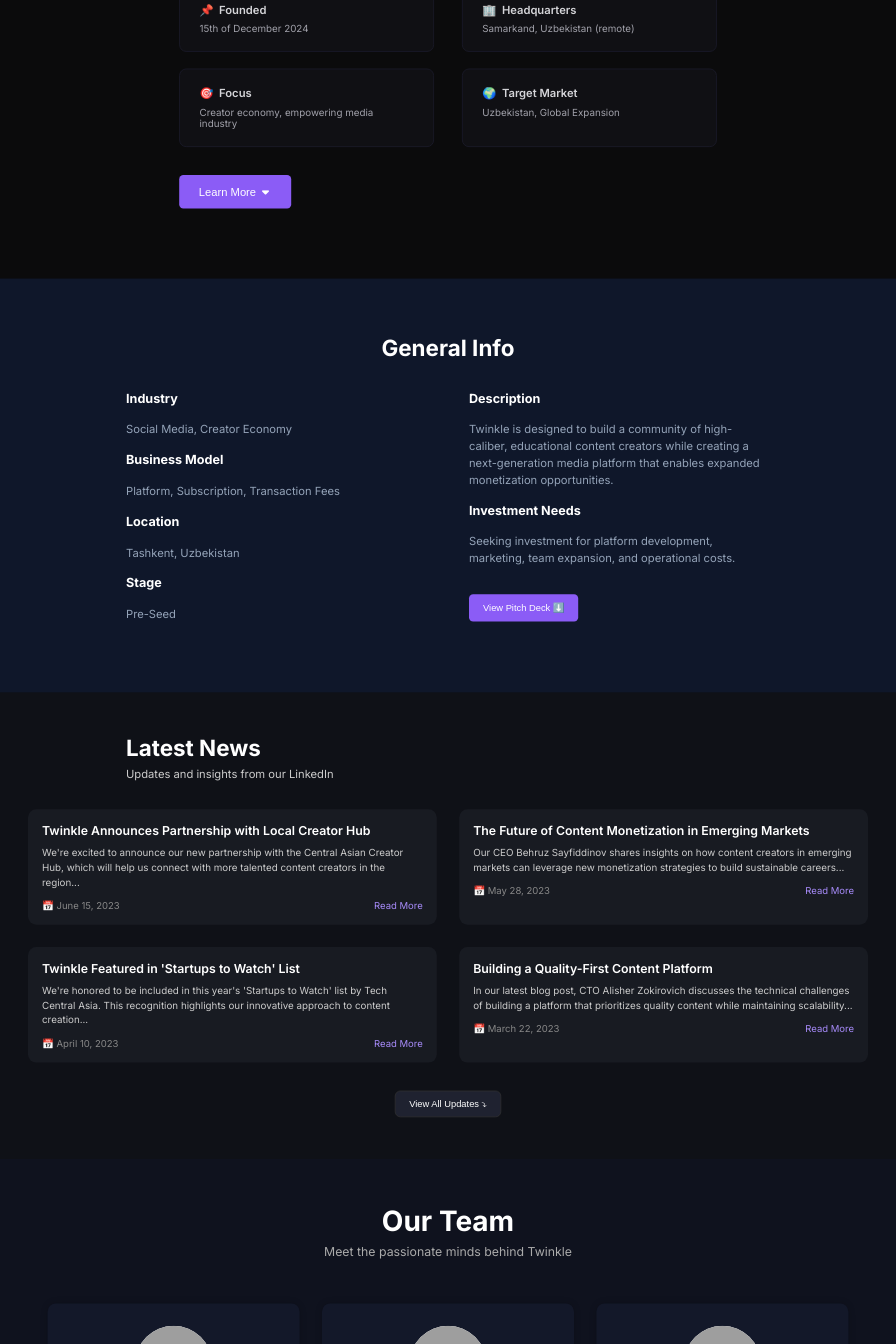
Repository: techboy-33/Twinkle-web
Page: index.html
These files come from the project's save history. The page is drawn as it stood at one moment and after the next save; the edit follows.
The browser window is 1280 px wide. The pictures show the part of the page from y = 400 to 2320 px (the page is 4291 px tall before and 4285 px after), at 70% of full size.
Pictures or frames that could not be fetched are drawn as grey boxes.

Above is the page before, as saved 2025-05-15 11:58:00.

After the next save:
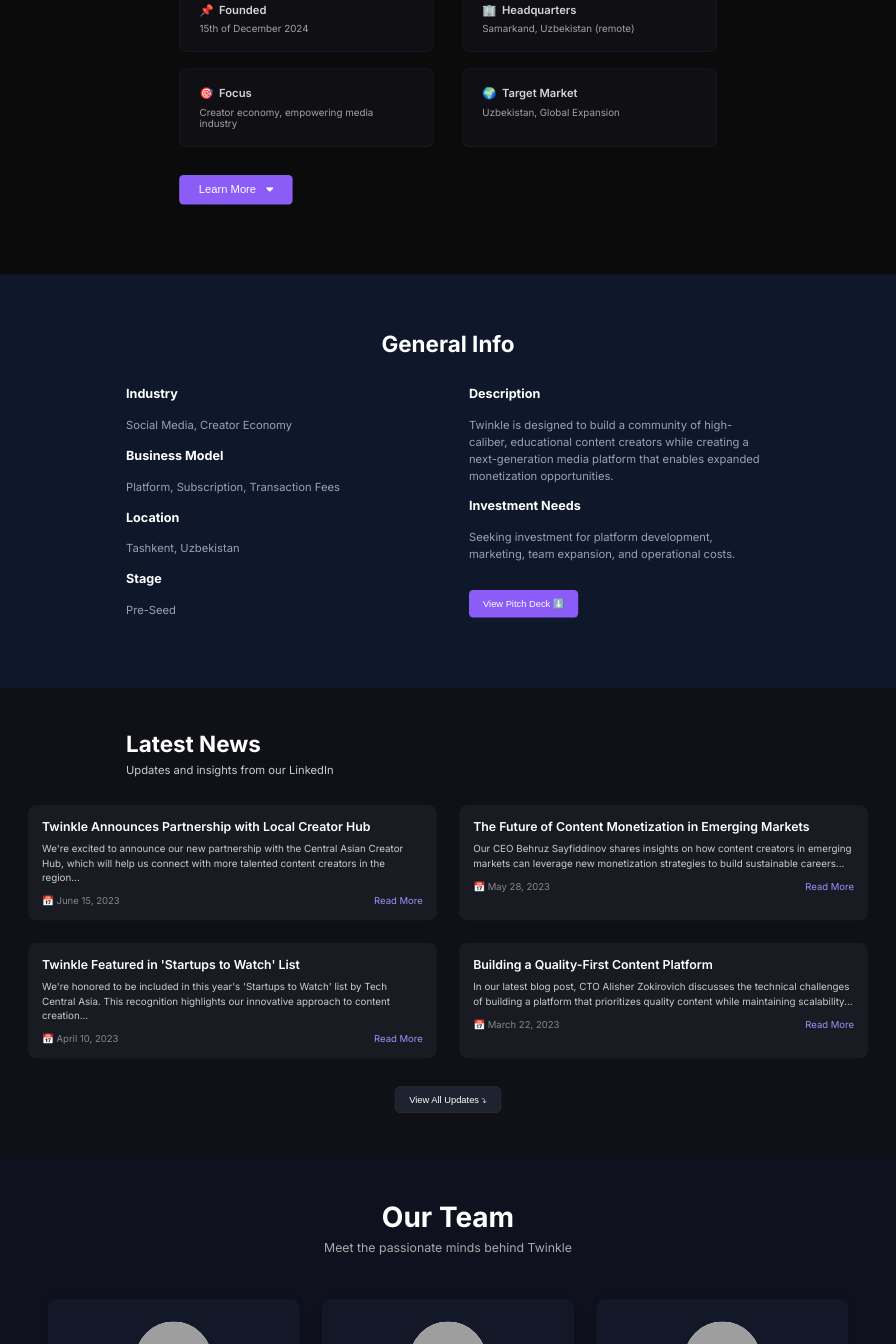
Saved 21 s later.
--- a/styles.css
+++ b/styles.css
@@ -183,7 +183,7 @@
   transition: background 0.3s ease;
 }
 .learn-btn i {
-  padding: 4px;
+  margin-left: 10px;
 }
 
 .learn-btn:hover {
